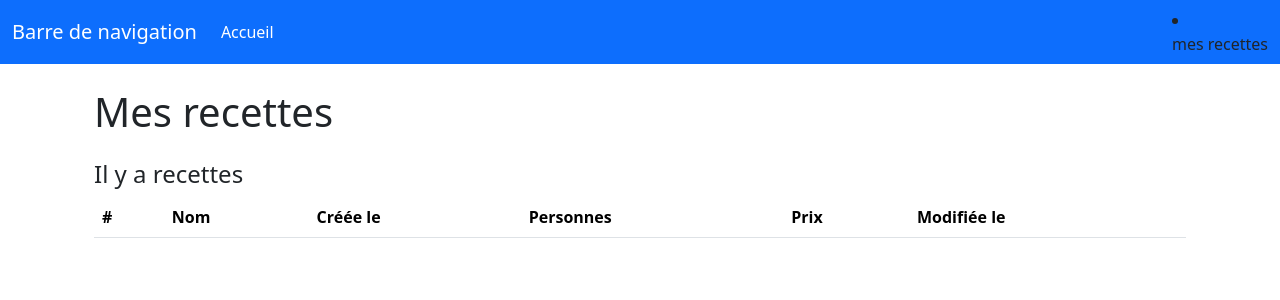
Repository: IslamBoubaker/marmit
Page: templates/pages/recipe/index.html.twig
These files come from the project's save history. The page is drawn as it stood at one moment and after the next save; the edit follows.
The browser window is 1280 px wide. The pictures show the whole page.
The page is a Twig template of a Symfony application; nobody is signed in and links lead nowhere. The template is opened directly, without the code that normally fills it, so the values that code supplies are empty.

Above is the page before, as saved 2025-06-24 16:03:08.

### templates/pages/recipe/index.html.twig
{% extends 'base.html.twig' %}

{% block title %}Liste des recettes
{% endblock %}

{% block body %}
	<div class="container mt-4">
		{% if not recipes.items is same as([]) %}
			<h1>Mes recettes</h1>
			<div class="count mt-4">
				<h4>Il y a {{ recipes.getTotalItemCount() }} recettes</h4>
			</div>
			<table class="table table-striped">
				<thead>
					<tr>
						<th scope="col">#</th>
						<th scope="col">Nom</th>
						{# <th scope="col">Description</th> #}
						<th scope="col">Créée le</th>
						{# <th scope="col">Favori</th> #}
						{# <th scope="col">Temps</th> #}
						<th scope="col">Personnes</th>
						{# <th scope="col">Difficulté</th> #}
						<th scope="col">Prix</th>
						<th scope="col">Modifiée le</th>
						{# <th scope="col">Actions</th> #}
					</tr>
				</thead>
				<tbody>
					{% for recipe in recipes %}
						<tr class="table-primary">
                        <th scope="row">{{ recipe.id }}</th>
							<td>{{ recipe.name }}</td>
							{# <td>{{ recipe.description|length > 50 ? recipe.description|slice(0, 50) ~ '...' : recipe.description }}</td> #}
							<td>{{ recipe.createdAt ? recipe.createdAt|date('Y-m-d') : '' }}</td>
							{# <td>{{ recipe.isFavorite ? 'Oui' : 'Non' }}</td> #}
							<td>{{ recipe.time ? recipe.time ~ ' min' : '' }}</td>
							{# <td>{{ recipe.nbPeople ?? '-' }}</td> #}
							<td>{{ recipe.difficulty ?? '-' }}</td>
							<td>{{ recipe.price is not null ? recipe.price ~ ' €' : '-' }}</td>
							{# <td>{{ recipe.updatedAt ? recipe.updatedAt|date('Y-m-d') : '' }}</td> #}
							<td>
                            TODO
							</td>
                            <td>
                            TODO
                            </td>
						</tr>
                        {% endfor %}
                        </tbody>
			</table>
           <div class="navigation d-flex justify-content-center">
           {{ knp_pagination_render(recipes)}}

            </div>
                    {% else %}
						<h4>Il n'y a pas de recettes</h4>
					{% endif %}
</div>
{% endblock %}

### templates/base.html.twig
<!DOCTYPE html>
<html>
<head>
    <meta charset="UTF-8">
    <title>{% block title %}Welcome!{% endblock %}</title>
    <link rel="icon" href="data:[embedded picture, 143 characters]">

    {% block stylesheets %}
        <link rel="stylesheet" href="https://cdn.jsdelivr.net/npm/bootstrap@5.3.7/dist/css/bootstrap.min.css">
    {% endblock %}

    {% block javascripts %}
        <script src="https://cdn.jsdelivr.net/npm/bootstrap@5.3.7/dist/js/bootstrap.bundle.min.js"></script>
    {% endblock %}
</head>

    <body>
    {% include 'pages/Partials/_header.html.twig' %}

</body>


    <main class="container mt-4">
        {% block body %}{% endblock %}
    </main>

</html>

### templates/pages/Partials/_header.html.twig
<nav class="navbar navbar-expand-lg bg-primary" data-bs-theme="dark">
  <div class="container-fluid">
    <a class="navbar-brand" href="{{ path('app_home') }}"> <font style="vertical-align: inherit;"><font style="vertical-align: inherit;">Barre de navigation</font></font></a>
    <button class="navbar-toggler" type="button" data-bs-toggle="collapse" data-bs-target="#navbarColor01" aria-controls="navbarColor01" aria-expanded="false" aria-label="Basculer la navigation">
      <span class="navbar-toggler-icon"></span>
    </button>
    <div class="collapse navbar-collapse" id="navbarColor01">
      <ul class="navbar-nav me-auto">
        <li class="nav-item">
          <a class="nav-link active" href="{{ path('app_home') }}"><font style="vertical-align: inherit;"><font style="vertical-align: inherit;"> Accueil
            </font></font><span class="visually-hidden"><font style="vertical-align: inherit;"><font style="vertical-align: inherit;">(current)</font></font></span>
          </a>

          </div>
        </li>
        <li class="nav-item">
          <a class="nav-link active" href="{{ path('app_ingredient') }}">
            <span class="visually-hidden">(current)</span>

            <a class="nav-link active" href="{{ path('app_recipe_index') }}">mes recettes</a>
          </a>
        </li>
      </ul>

    </div>
  </div>
</nav>

After the next save:
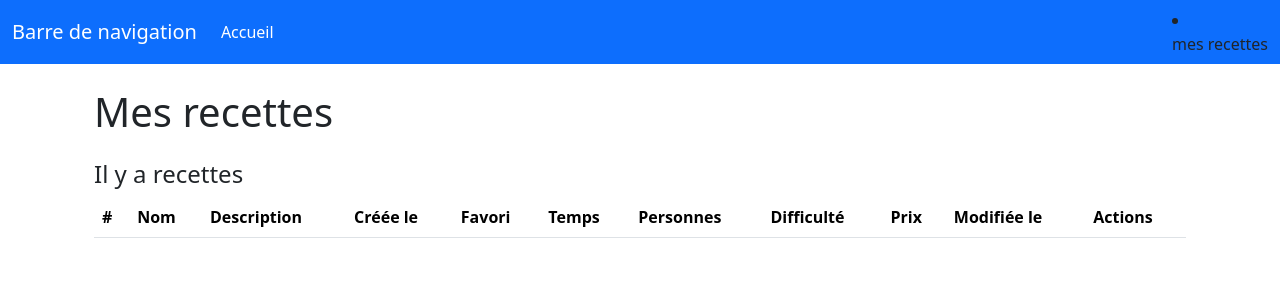
Saved 12 s later.
--- a/templates/pages/recipe/index.html.twig
+++ b/templates/pages/recipe/index.html.twig
@@ -15,15 +15,15 @@
 					<tr>
 						<th scope="col">#</th>
 						<th scope="col">Nom</th>
-						{# <th scope="col">Description</th> #}
+						<th scope="col">Description</th>
 						<th scope="col">Créée le</th>
-						{# <th scope="col">Favori</th> #}
-						{# <th scope="col">Temps</th> #}
+						<th scope="col">Favori</th>
+						<th scope="col">Temps</th>
 						<th scope="col">Personnes</th>
-						{# <th scope="col">Difficulté</th> #}
+						<th scope="col">Difficulté</th>
 						<th scope="col">Prix</th>
 						<th scope="col">Modifiée le</th>
-						{# <th scope="col">Actions</th> #}
+						<th scope="col">Actions</th>
 					</tr>
 				</thead>
 				<tbody>
